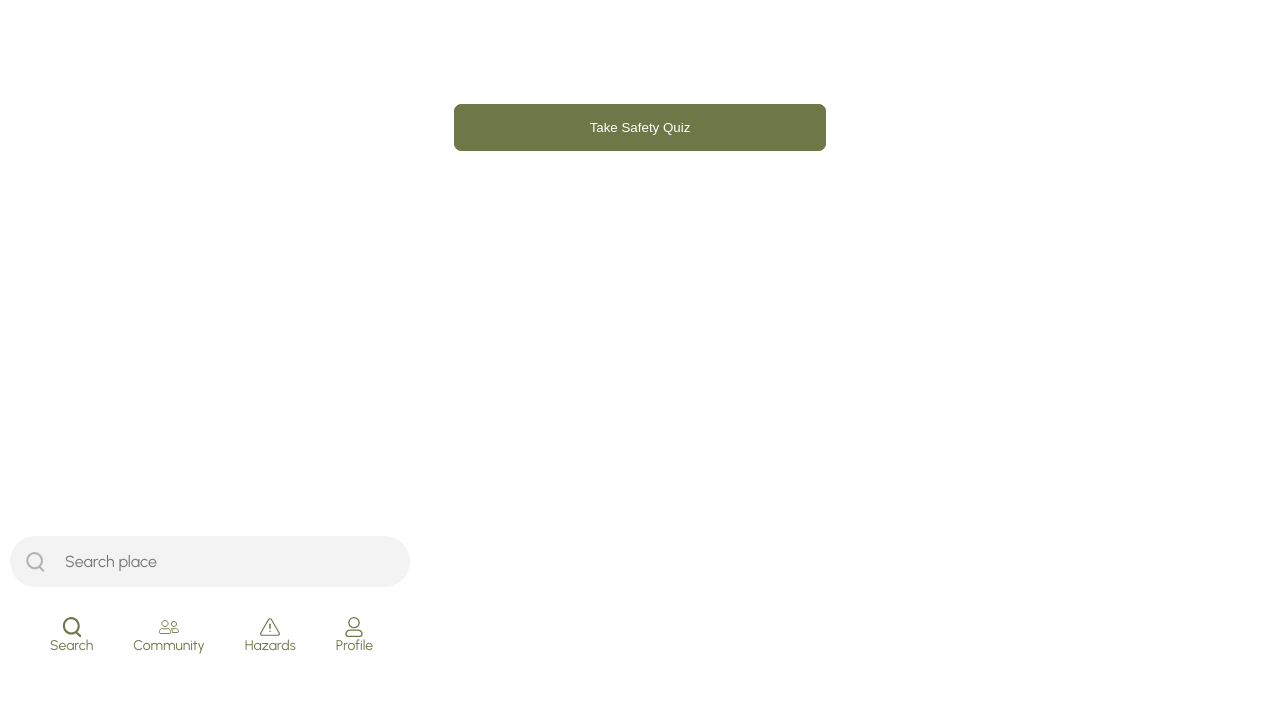
Repository: Aladdin3r/SafeCycle
Page: /
The author's editor kept a copy of each file at every save. The page is drawn from the files as they stood at one save, then again after the next save.
The browser window is 1280 px wide. The pictures show the whole page.
The project was rebuilt for these pictures with package versions that can differ from the ones it lists, and the page was loaded fresh each time. The framework's server and built-in components were replaced by stand-ins that run in the browser.

Above is the page before, as saved 2024-04-15 13:10:45.

### pages/index.js
import Head from "next/head";
import styles from "@/styles/Home.module.css";
import Link from 'next/link'
import NavBar from "@/components/NavBar";


export default function Home() {
  return (
    <>
      <Head>
        <title>SafeCycle</title>
        <meta name="description" content="Home Page" />
        <meta name="viewport" content="width=device-width, initial-scale=1" />
        <link rel="icon" href="/favicon3.png" />
      </Head>
      <main className={`${styles.main}`}>

        <Link href="/quiz/questionOne">
          <button  className={styles.button}>Take Safety Quiz</button>
        </Link>
        <NavBar />
      </main>
    </>
  );
}

### styles/globals.css
@import url('https://fonts.googleapis.com/css2?family=Urbanist:wght@300;400;500;600&display=swap');

:root {
  --grey: #F3F3F3;
  --light-grey: #B4B4B4;
  --button-color: #6e7747;
  --button-color-hover: #4d5527;
  --white: #fff;
  --correct: #008000;
  font-family: 'Urbanist', sans-serif;
}

### styles/Home.module.css
.main {
  display: flex;
  flex-direction: column;
  justify-content: space-between;
  align-items: center;
  padding: 6rem;
  min-height: 20vh;
}

.button {
  width: 372px;
  height: 47px;
  background-color: var(--button-color);
  color: white;
  border: 1.5px solid var(--button-color);
  border-radius: 7px;
}
.button:hover{
  width: 372px;
  height: 47px;
  background-color: var(--button-color-hover);
  color: white;
  border: 1.5px solid var(--button-color-hover);
  border-radius: 7px;
}

### components/NavBar/index.js
import nextConfig from '@/next.config.mjs'
import styles from './NavBar.module.css'
import Image from 'next/image'

export default function NavBar() {
    return(
        <div className={`${styles.container} ${styles.navigation}`}>
            <div className={styles.navigation}>
                <form>
                    <div className={styles.search}>
                        <Image className={styles.searchIcon} src="./icons/search.svg" width={20} height={20} />
                        <input className={styles.searchInput} type="search" placeholder='Search place'></input>
                    </div>
                </form>
                <ul>
                    <li className={styles.list}>
                        <Image src="./icons/searchgreen.svg" width={20} height={20} />
                        <a>Search</a>
                    </li>
                    <li className={styles.list}>
                        <Image src="./icons/community.svg" width={20} height={20} />
                        <a>Community</a>
                    </li>
                    <li className={styles.list}>
                        <Image src="./icons/hazard.svg" width={20} height={20} />
                        <a>Hazards</a>
                    </li>
                    <li className={styles.list}>
                        <Image src="./icons/profile.svg" width={20} height={20} />
                        <a>Profile</a>
                    </li>

                </ul>
            </div>
        </div>
    )
}

### components/NavBar/NavBar.module.css
.search {
    flex-grow: 1;
    display: flex;
    justify-content: center;
    align-items: center;
    padding: 15px;
    border-radius: 28px;
    background-color: var(--grey);
}

.searchInput {
    background-color: var(--grey);
    border: none;
    font-size: 16px;
    color: var(--light-grey);
    font-family: 'Urbanist';
    flex-grow: 1;
}

.searchIcon {
    margin-right: 10px;
}

.container {
    display: flex;
    justify-content: end;
    align-items: center;
    position: fixed;
    bottom: 0;
    left: 0;
    width: 100%;
    background-color: white;
    padding: 10px;
    border-radius: 35px 35px 0px 0px;
    background-color: var(--white);
}

.search {
    display: flex;
    flex-direction: row;
    gap: 0.5em;
}

.navigation {
    width: 100%;
    max-width: 400px;
    margin-bottom: 20px;
}

.navigation ul{
    display: flex;
    flex-direction: row;
    gap: 2.5em;
    list-style-type: none;
    background-color: white;
    color: var(--button-color);
    margin-top: 30px;
}

.navigation li {
    display: flex;
    flex-direction: column;
    justify-content: center;
    align-items: center;
    font-size: 14px;
}

Loaded but not shown: pages/_app.js (common file); pages/_document.js (common file); next.config.mjs (common file)

After the next save:
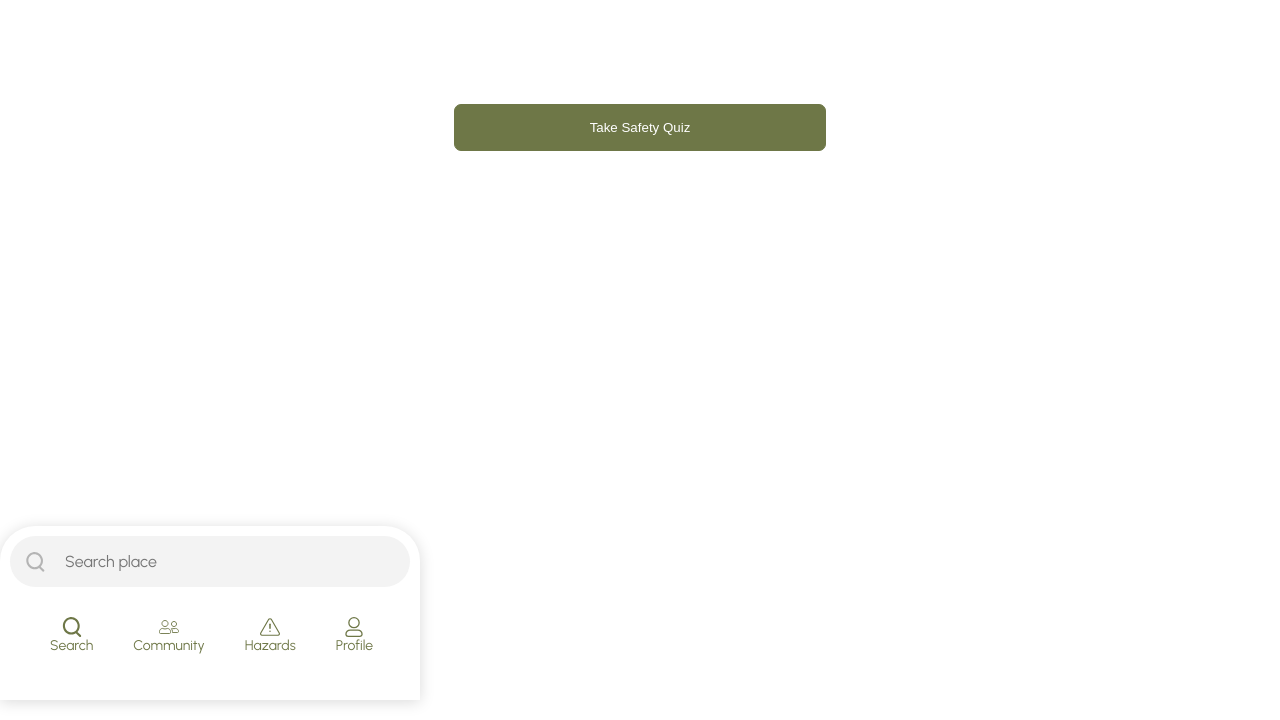
Saved 14 s later.
--- a/components/NavBar/NavBar.module.css
+++ b/components/NavBar/NavBar.module.css
@@ -33,6 +33,7 @@
     padding: 10px;
     border-radius: 35px 35px 0px 0px;
     background-color: var(--white);
+    box-shadow: 0px 2px 15px 0px rgba(0, 0, 0, 0.15);
 }
 
 .search {
